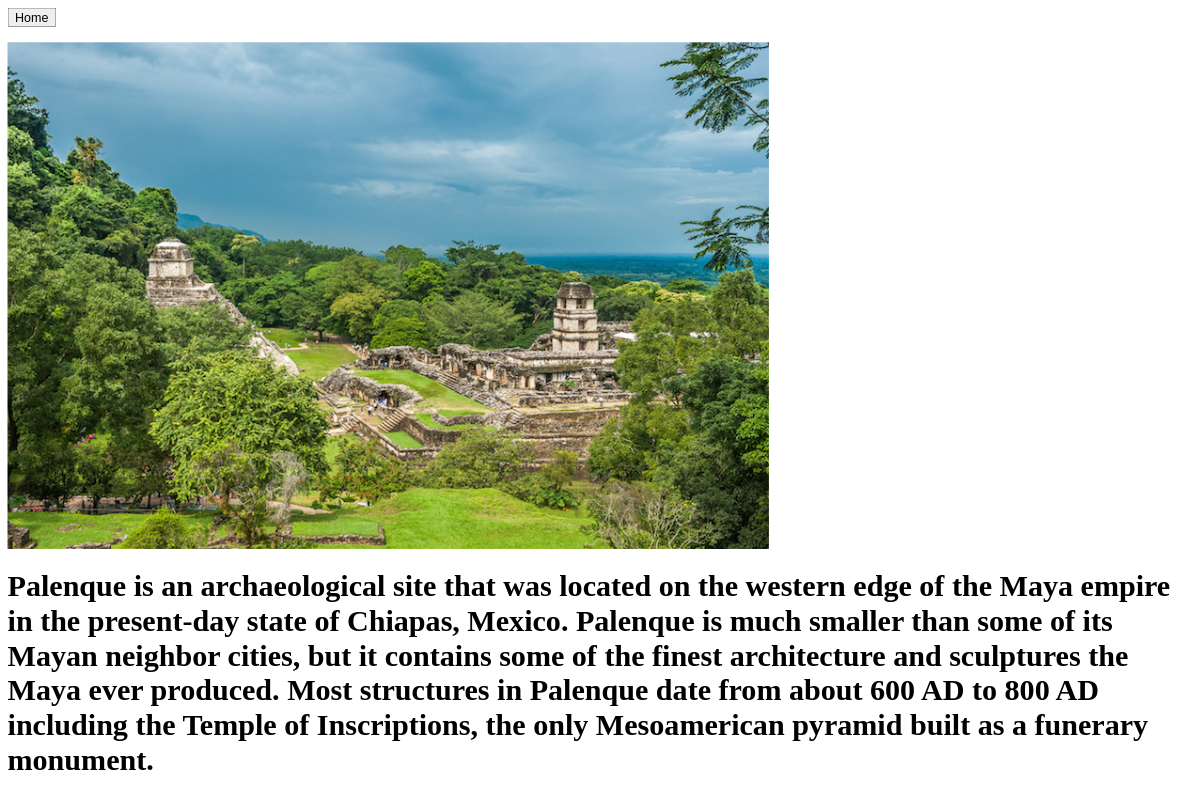
Repository: DamianKryzia/DamianKryzia.github.io
Page: Damian's Website/palenque.html
The author's editor kept a record of every edit. The page is drawn from the files as they stood at one moment, then again after the next edit.
The browser window is 1280 px wide. The pictures show the whole page, at 94% of full size.

Above is the page before.

### Damian's Website/palenque.html
<html>
    <head>
        <form action = "homepage.html" method = "get">
            <button type = "submit" class = "home"> Home </button>
        </form>
    </head>
    <body>
        <img src = "images/palenque.jpg"/>
        <h1>Palenque is an archaeological site that was located on the western edge of the Maya empire in the present-day state of Chiapas, Mexico. Palenque is much smaller than some of its Mayan neighbor cities, but it contains some of the finest architecture and sculptures the Maya ever produced. Most structures in Palenque date from about 600 AD to 800 AD including the Temple of Inscriptions, the only Mesoamerican pyramid built as a funerary monument.</h1>
    </body>
</html>

After the next edit:
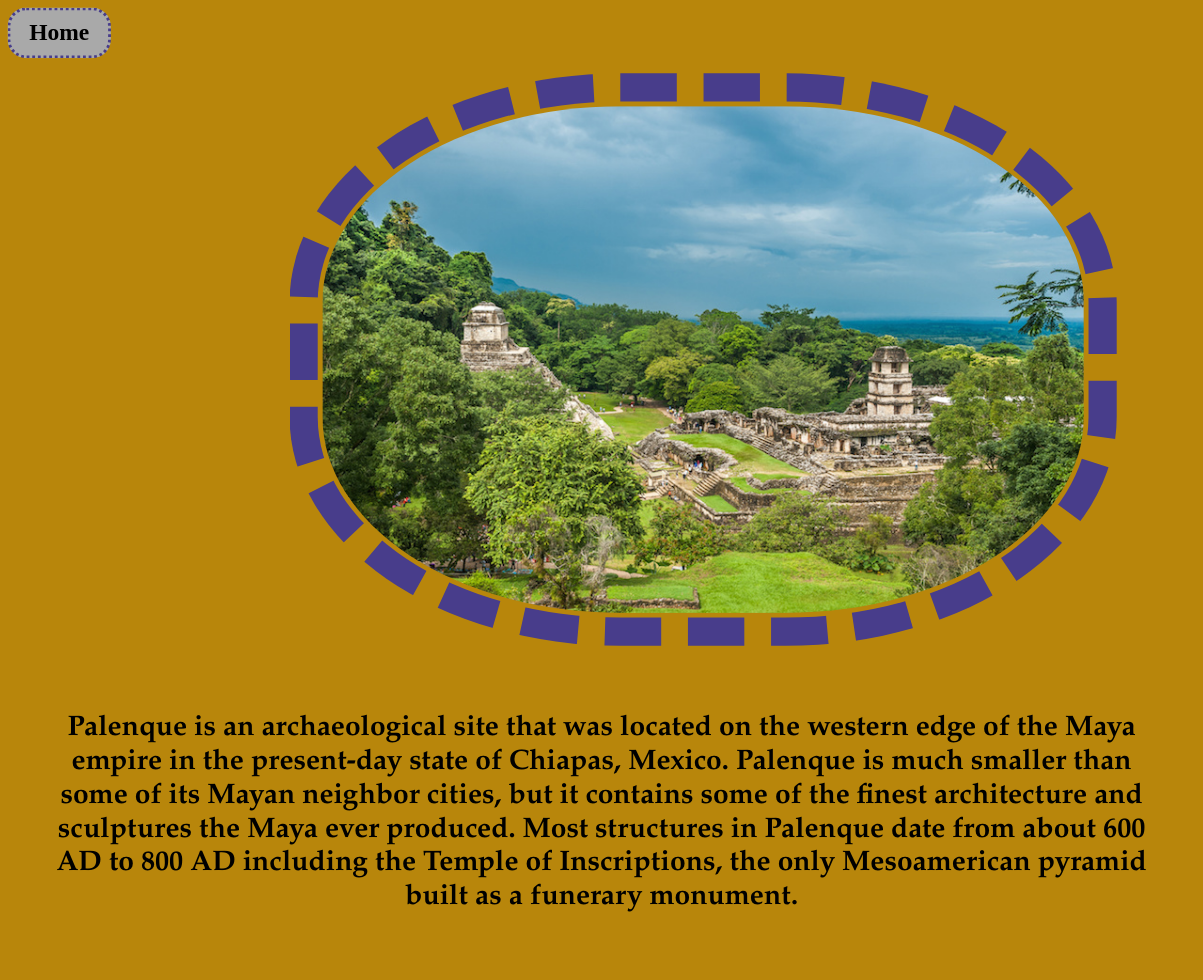
The edit:
--- a/Damian's Website/palenque.html
+++ b/Damian's Website/palenque.html
@@ -8,4 +8,34 @@
         <img src = "images/palenque.jpg"/>
         <h1>Palenque is an archaeological site that was located on the western edge of the Maya empire in the present-day state of Chiapas, Mexico. Palenque is much smaller than some of its Mayan neighbor cities, but it contains some of the finest architecture and sculptures the Maya ever produced. Most structures in Palenque date from about 600 AD to 800 AD including the Temple of Inscriptions, the only Mesoamerican pyramid built as a funerary monument.</h1>
     </body>
+     <style>
+        html{
+            background-color:#B8860B;
+        }
+        .home{
+            margin-left:0px;
+            padding:10px 20px 10px 20px;
+            font-family:"Times New Roman";
+            font-weight:bold;
+            font-size:25px;
+            background-color:#A9A9A9;
+            border-radius:20px;
+            border:dotted;
+            border-color:#483D8B;
+        }
+        img{
+            padding:5px 5px 5px 5px;
+            border-radius: 40%;
+            margin-left:300px;
+            border-style:dashed;
+            border-width:30px;
+            border-color:#483D8B;
+        }
+        h1{
+            padding:50px 50px 50px 50px;
+            font-family:"Palatino Linotype";
+            font-size:30px;
+            text-align:center;
+        }
+    </style>
 </html>
